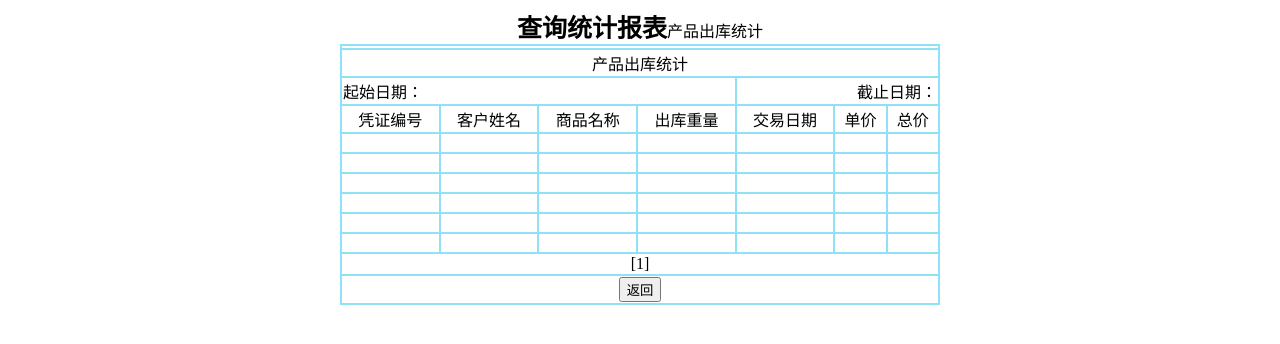
Repository: yuxingyan/OneCrewFlour
Page: http://localhost/Flour/showoutstore.jsp
The author's editor kept a copy of each file at every save. The page is drawn from the files as they stood at one save, then again after the next save.
The browser window is 1280 px wide. The pictures show the whole page.
The page is served by Tomcat 9. Nobody is signed in. The application's start-up code is not run. Other server files are loaded and not shown.

Above is the page before, as saved 2018-01-11 07:18:31.

### Flour/WebRoot/showoutstore.jsp
<%@ page language="java" import="java.util.*" pageEncoding="utf-8"%>
<%
String path = request.getContextPath();
String basePath = request.getScheme()+"://"+request.getServerName()+":"+request.getServerPort()+path+"/";
%>

<!DOCTYPE HTML PUBLIC "-//W3C//DTD HTML 4.01 Transitional//EN">
<html>
  <head>
    <base href="<%=basePath%>">

    <title>My JSP 'showoutstore.jsp' starting page</title>

	<meta http-equiv="pragma" content="no-cache">
	<meta http-equiv="cache-control" content="no-cache">
	<meta http-equiv="expires" content="0">
	<meta http-equiv="keywords" content="keyword1,keyword2,keyword3">
	<meta http-equiv="description" content="This is my page">
	<!--
	<link rel="stylesheet" type="text/css" href="styles.css">
	-->

  </head>

  <body>
    <center>
    <form   name="产品出库统计" action="" method="post">
    <strong style="font-size:25px">查询统计报表</strong>产品出库统计
     <table border="1" width="600"  cellspacing="0" bordercolor="#8EE1F6">
    <tr><td colspan="10" ></td></tr>
     <tr height="20px"><td align="center" colspan="7" >产品出库统计</td></tr>
     <tr height="20px"><td align="left" colspan="4" >起始日期：</td><td align="right" colspan="4" >截止日期：</td>
     <tr>
    <td align="center">凭证编号</td>
     <td align="center">客户姓名</td>
      <td align="center">商品名称</td>
       <td align="center">出库重量</td>
        <td align="center">交易日期</td>
         <td align="center">单价</td>
          <td align="center">总价</td>
    </tr>
    <tr height="20px"><td></td><td></td><td></td><td></td><td></td><td></td><td></td></tr>
    <tr height="20px"><td></td><td></td><td></td><td></td><td></td><td></td><td></td></tr>
    <tr height="20px"><td></td><td></td><td></td><td></td><td><td></td><td></td></td></tr>
    <tr height="20px"><td></td><td></td><td></td><td></td><td></td><td></td><td></td></tr>
    <tr height="20px"><td></td><td></td><td></td><td></td><td></td><td></td><td></td></tr>
    <tr height="20px"><td></td><td></td><td></td><td></td><td></td><td></td><td></td></tr>
    <tr><td align="center" colspan="10" >[1]</td></tr>
    <tr><td align="center" colspan="10" >
      <button type="button">返回</button>
      </td></tr>
    </table>
    </form>
    </center>
  </body>
</html>

After the next save:
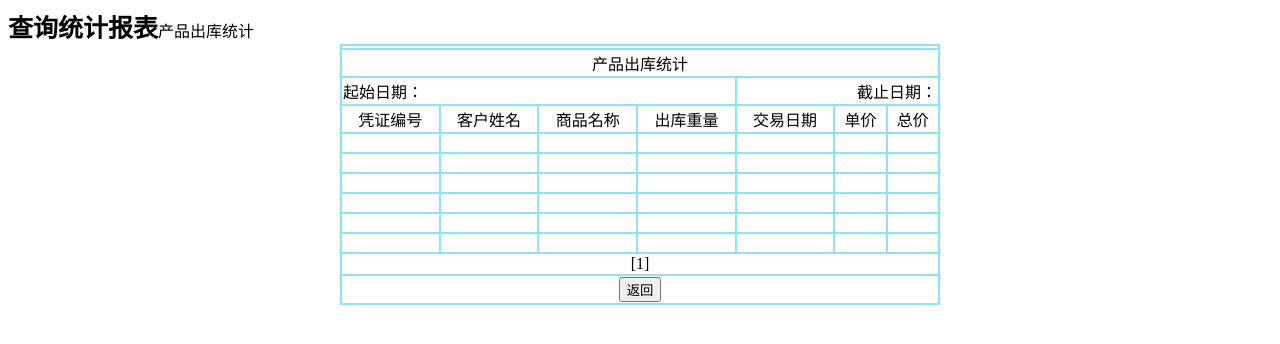
Saved 9 s later.
--- a/Flour/WebRoot/showoutstore.jsp
+++ b/Flour/WebRoot/showoutstore.jsp
@@ -23,9 +23,10 @@ String basePath = request.getScheme()+"://"+request.getServerName()+":"+request.
   </head>
 
   <body>
+   <strong style="font-size:25px">查询统计报表</strong>产品出库统计
     <center>
     <form   name="产品出库统计" action="" method="post">
-    <strong style="font-size:25px">查询统计报表</strong>产品出库统计
+
      <table border="1" width="600"  cellspacing="0" bordercolor="#8EE1F6">
     <tr><td colspan="10" ></td></tr>
      <tr height="20px"><td align="center" colspan="7" >产品出库统计</td></tr>
